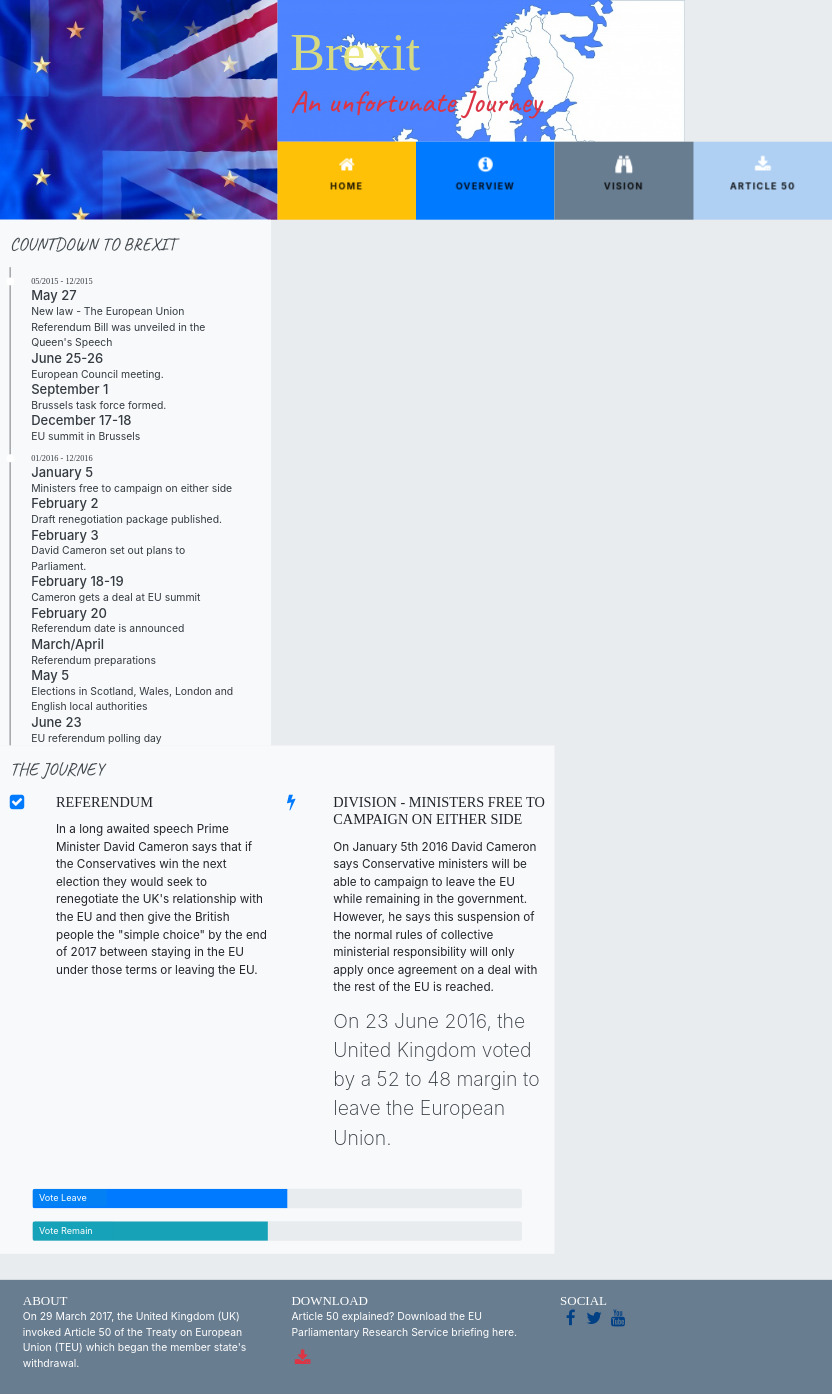
Repository: isiko1/Milestone_Project_One
Page: overview.html
The author's editor kept a record of every edit. The page is drawn from the files as they stood at one moment, then again after the next edit.
The browser window is 1280 px wide. The pictures show the whole page, at 65% of full size.
Some web fonts or font styles are not loaded; a fallback is used.

Above is the page before.

After the next edit:
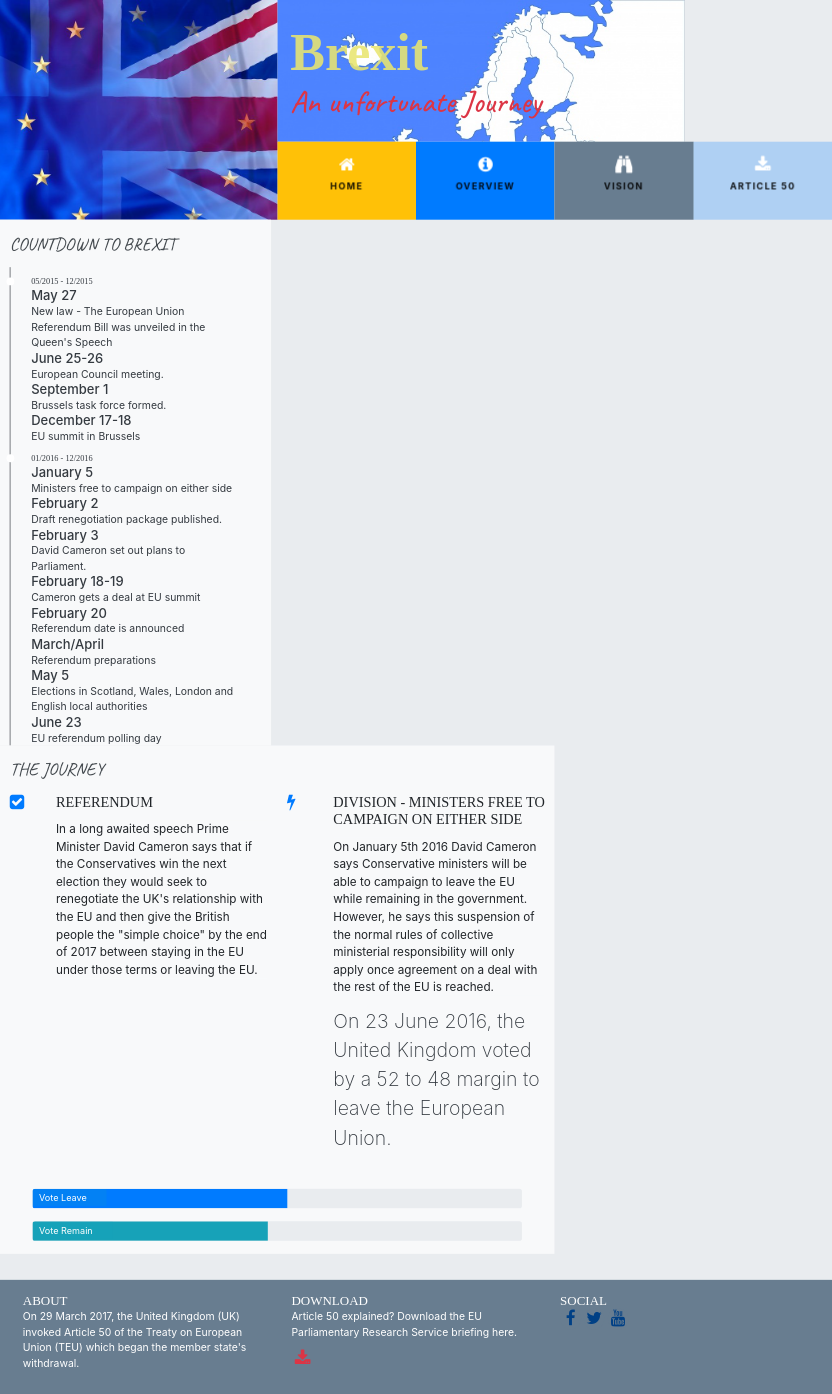
The edit:
--- a/info/css/style.css
+++ b/info/css/style.css
@@ -98,11 +98,6 @@
     padding-top: 20px;
 
 }
-.title {
-    font-weight: 200;
-}
-
-
 
 .institutions-item {
     font-size: 26px;
